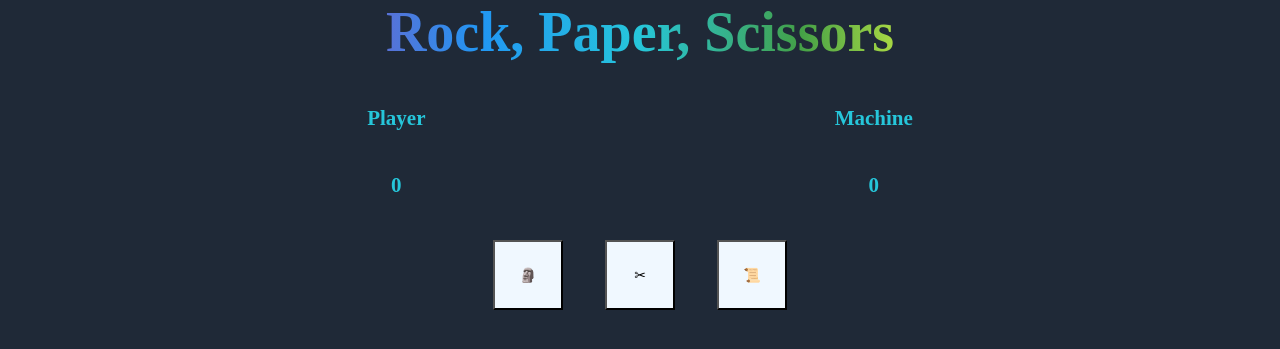
Repository: dung8466/RPS
Page: index.html
The author's editor kept a copy of each file at every save. The page is drawn from the files as they stood at one save, then again after the next save.
The browser window is 1280 px wide. The pictures show the whole page.

Above is the page before, as saved 2022-07-01 20:18:35.

### index.html
<!DOCTYPE html>
<html lang="en">
<head>
    <meta charset="UTF-8">
    <meta http-equiv="X-UA-Compatible" content="IE=edge">
    <meta name="viewport" content="width=device-width, initial-scale=1.0">
    <title>Fun Game</title>
    <link rel="stylesheet" href="style.css">
    <script src="script.js" defer></script>
</head>
<body>
    <h1 class="header">
        Rock, Paper, Scissors
    </h1>
    <div class="score flex-box">
        <div class="player-score flex-box">
            <h2>Player</h2>
            <p id="player-score">0</p>
        </div>
        <div class="machine-score flex-box">
            <h2>Machine</h2>
            <p id="machine-score">0</p>
        </div>
    </div>
    <div class="board flex-box">
            <button class="rock btnChoice" data-selection>🗿</button>
            <button class="scissor btnChoice" data-selection>✂</button>
            <button class="paper btnChoice" data-selection>📜</button>
    </div>
</body>
</html>

### style.css
*{
    font-family: 'Times New Roman', Times, serif;
    font-size: 14px;
    margin: 0;
    padding: 0;
    background-color: #1f2937;
}

.flex-box{
    display: flex;
    align-items: center;
    justify-content: space-evenly;
    align-content: space-between;
    gap: 3em;
}
.header{
    font-size: 4em;
    font-weight: bold;
    background: linear-gradient(to right, #ef5350, #f48fb1, #7e57c2, #2196f3, #26c6da, #43a047, #eeff41, #f9a825, #ff5722);
    -webkit-background-clip: text;
    -webkit-text-fill-color: transparent;
    text-align: center;
}
.board{
    align-items: center;
    justify-content: center;
}
.board button {
    height: 5em;
    width: 5em;
    background-color: aliceblue;
    margin-top: 3em;
}

.score {
    margin-top: 3em;
}
.player-score, .machine-score{
    flex-direction: column;
    align-items: center;
}
.score p, .score h2{
    font-size: 1.5em;
    font-weight: bold;
    color: #26c6da;
}

### script.js
const selection = [
    {
        name: 'rock',
        emoji: '🗿',
        beats: 'scissors',
    },
    {
        name: 'paper',
        emoji: '📜',
        beats: 'rock',
    },
    {
        name: 'scissors',
        emoji: '✂',
        beats: 'paper',
    }
]
let playerSelection;
let computerSelection;
let playerScore = 0;
let computerScore = 0;
const images = ["src/rock.jpg", "src/paper.jpg", "src/scissors.jpg"];

After the next save:
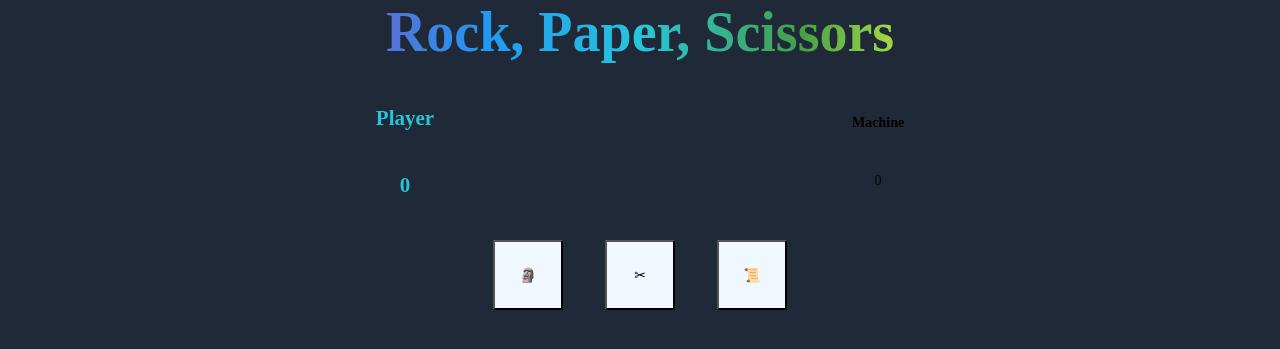
Saved 50 s later.
--- a/style.css
+++ b/style.css
@@ -39,7 +39,7 @@
     flex-direction: column;
     align-items: center;
 }
-.score p, .score h2{
+.score .player-score p, .score .player-score h2{
     font-size: 1.5em;
     font-weight: bold;
     color: #26c6da;
